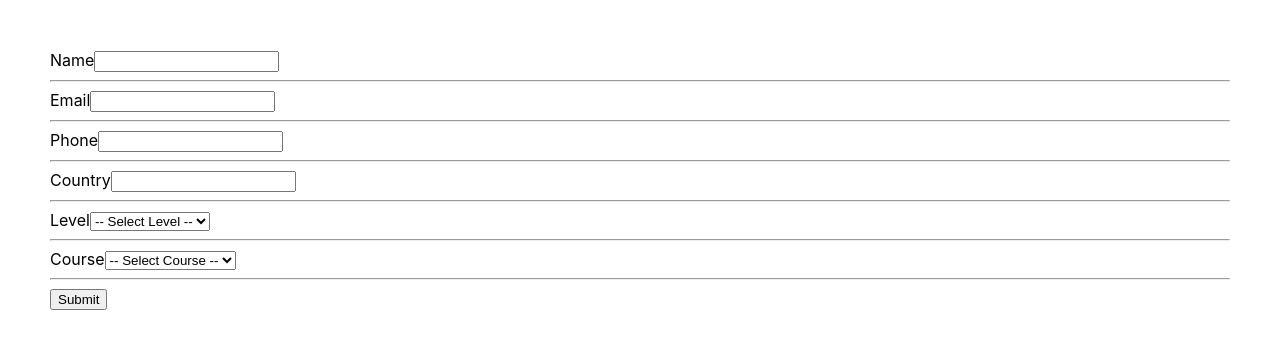
Repository: talha-mahmood/form_react
Page: /
These files come from the project's save history. The page is drawn as it stood at one moment and after the next save; the edit follows.
The browser window is 1280 px wide. The pictures show the whole page.
The project was rebuilt for these pictures with package versions that can differ from the ones it lists, and the page was loaded fresh each time.

Above is the page before, as saved 2023-03-13 16:01:48.

### public/index.html
<!DOCTYPE html>
<html lang="en">
  <head>
    <meta charset="utf-8" />
    <link rel="icon" href="%PUBLIC_URL%/favicon.ico" />
    <meta name="viewport" content="width=device-width, initial-scale=1" />
    <meta name="theme-color" content="#000000" />
    <meta
      name="description"
      content="Web site created using create-react-app"
    />

    <link rel="apple-touch-icon" href="%PUBLIC_URL%/logo192.png" />
    <!--
      manifest.json provides metadata used when your web app is installed on a
      user's mobile device or desktop. See https://developers.google.com/web/fundamentals/web-app-manifest/
    -->
    <link rel="manifest" href="%PUBLIC_URL%/manifest.json" />
    <!--
      Notice the use of %PUBLIC_URL% in the tags above.
      It will be replaced with the URL of the `public` folder during the build.
      Only files inside the `public` folder can be referenced from the HTML.

      Unlike "/favicon.ico" or "favicon.ico", "%PUBLIC_URL%/favicon.ico" will
      work correctly both with client-side routing and a non-root public URL.
      Learn how to configure a non-root public URL by running `npm run build`.
    -->
    <title>React App</title>
  </head>
  <body>
    <noscript>You need to enable JavaScript to run this app.</noscript>
    <div id="root"></div>

    <!--
      This HTML file is a template.
      If you open it directly in the browser, you will see an empty page.

      You can add webfonts, meta tags, or analytics to this file.
      The build step will place the bundled scripts into the <body> tag.

      To begin the development, run `npm start` or `yarn start`.
      To create a production bundle, use `npm run build` or `yarn build`.
    -->
  </body>
</html>

### src/App.js
import './App.css';
import React, { useState } from 'react';

const App=()=>{
  const [name, setName] = useState('');
  const [email, setEmail] = useState('');
  const [phone, setPhone] = useState('');
  const [country, setCountry] = useState('');
  const [level, setLevel] = useState('');
  const [course, setCourse] = useState('');

  const handleSubmit = (event) => {
    event.preventDefault();
    // TODO: handle form submission
  }

  return (
    <div>
    <form onSubmit={handleSubmit}>
      <div>
        <label htmlFor="name">Name</label>
        <input
          type="text"
          id="name"
          value={name}
          onChange={(event) => setName(event.target.value)}
          required
        />
      </div>
      <hr/>
      <div>
        <label htmlFor="email">Email</label>
        <input
          type="email"
          id="email"
          value={email}
          onChange={(event) => setEmail(event.target.value)}
          required
        />
      </div>
      <hr/>
      <div>
        <label htmlFor="phone">Phone</label>
        <input
          type="tel"
          id="phone"
          value={phone}
          onChange={(event) => setPhone(event.target.value)}
          required
        />
      </div>
      <hr/>
      <div>
        <label htmlFor="country">Country</label>
        <input
          type="text"
          id="country"
          value={country}
          onChange={(event) => setCountry(event.target.value)}
          required
        />
      </div>
      <hr/>
      <div>
        <label htmlFor="level">Level</label>
        <select id="level" value={level} onChange={(event) => setLevel(event.target.value)} required>
          <option value="">-- Select Level --</option>
          <option value="Beginner">Beginner</option>
          <option value="Intermediate">Intermediate</option>
          <option value="Advanced">Advanced</option>
        </select>
      </div>
      <hr/>
      <div>
        <label htmlFor="course">Course</label>
        <select id="course" value={course} onChange={(event) => setCourse(event.target.value)} required>
          <option value="">-- Select Course --</option>
          <option value="Quranic Arabic">Quranic Arabic</option>
          <option value="Tafseer">Tafseer</option>
          <option value="Hifz">Hifz</option>
        </select>
      </div>
           <hr/>
      <button type="submit">Submit</button>
    </form>
    </div>
  );
}

export default App;

### src/App.css
.App {
  text-align: center;
}

.App-logo {
  height: 40vmin;
  pointer-events: none;
}

@media (prefers-reduced-motion: no-preference) {
  .App-logo {
    animation: App-logo-spin infinite 20s linear;
  }
}

.App-header {
  background-color: #282c34;
  min-height: 100vh;
  display: flex;
  flex-direction: column;
  align-items: center;
  justify-content: center;
  font-size: calc(10px + 2vmin);
  color: white;
}

.App-link {
  color: #61dafb;
}

@keyframes App-logo-spin {
  from {
    transform: rotate(0deg);
  }
  to {
    transform: rotate(360deg);
  }
}

form{
  padding: 50px;

}

Loaded but not shown: src/index.js (common file); src/index.css (common file); src/reportWebVitals.js (common file)

After the next save:
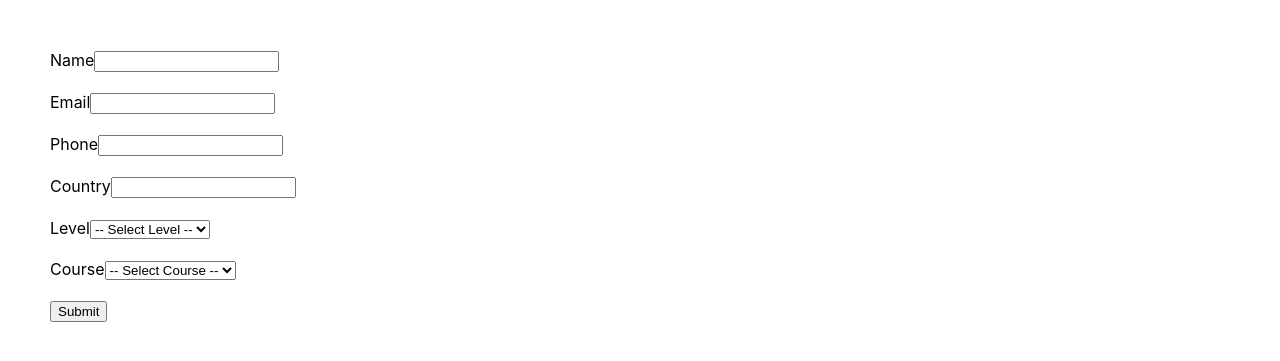
Saved 18 s later.
--- a/src/App.js
+++ b/src/App.js
@@ -27,7 +27,7 @@ const App=()=>{
           required
         />
       </div>
-      <hr/>
+      <br/>
       <div>
         <label htmlFor="email">Email</label>
         <input
@@ -38,7 +38,7 @@ const App=()=>{
           required
         />
       </div>
-      <hr/>
+      <br/>
       <div>
         <label htmlFor="phone">Phone</label>
         <input
@@ -49,7 +49,7 @@ const App=()=>{
           required
         />
       </div>
-      <hr/>
+      <br/>
       <div>
         <label htmlFor="country">Country</label>
         <input
@@ -60,7 +60,7 @@ const App=()=>{
           required
         />
       </div>
-      <hr/>
+      <br/>
       <div>
         <label htmlFor="level">Level</label>
         <select id="level" value={level} onChange={(event) => setLevel(event.target.value)} required>
@@ -70,7 +70,7 @@ const App=()=>{
           <option value="Advanced">Advanced</option>
         </select>
       </div>
-      <hr/>
+      <br/>
       <div>
         <label htmlFor="course">Course</label>
         <select id="course" value={course} onChange={(event) => setCourse(event.target.value)} required>
@@ -80,7 +80,7 @@ const App=()=>{
           <option value="Hifz">Hifz</option>
         </select>
       </div>
-           <hr/>
+           <br/>
       <button type="submit">Submit</button>
     </form>
     </div>
